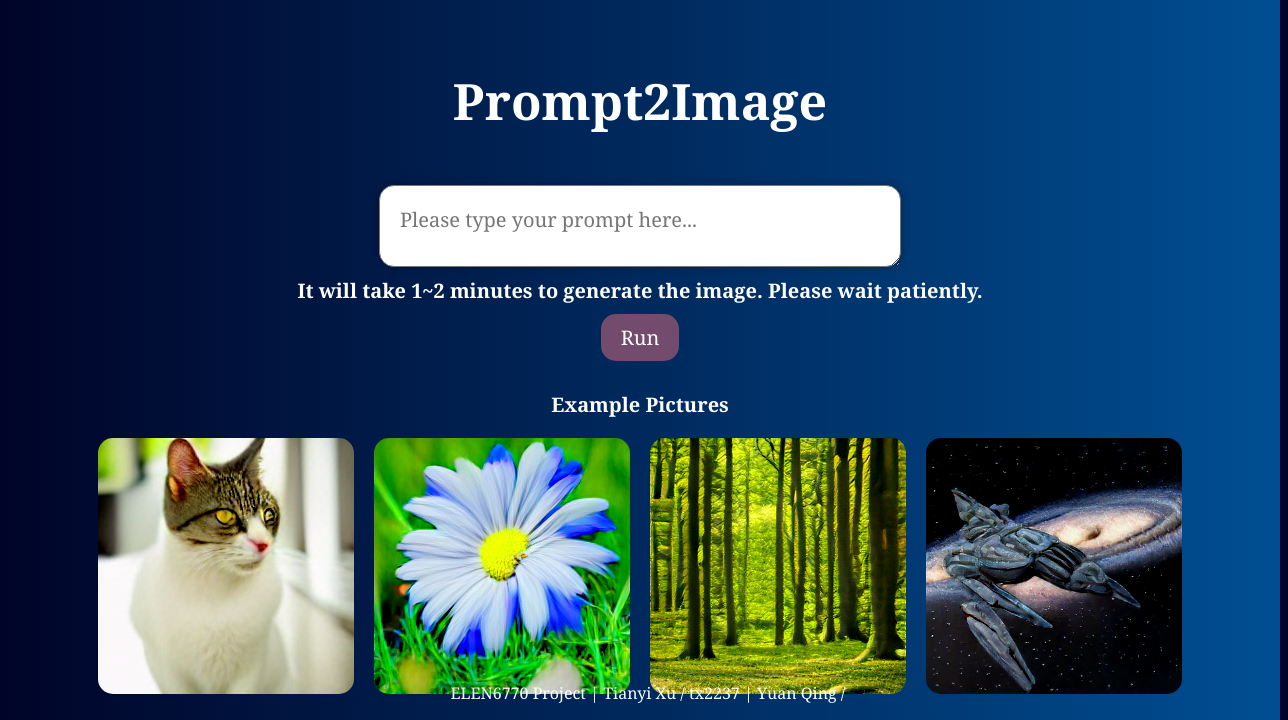
Repository: XTTTZ/Prompt2Image
Page: main4.html
These files come from the project's save history. The page is drawn as it stood at one moment and after the next save; the edit follows.
The browser window is 1280 px wide. The page is 1288 px wide, so the pictures cover 1288 px, including what lies to the right of the window. The pictures show the whole page.
The page's requests for data from a server got no answer.

Above is the page before, as saved 2023-12-01 02:22:53.

### main4.html
<!DOCTYPE html>
<html lang="en">

<head>
    <meta charset="UTF-8">
    <meta name="viewport" content="width=device-width, initial-scale=1.0">
    <title>Prompt2Image</title>
    <style>
        .center-label {
            text-align: center;
        }

        body {
            font-family: Georgia, serif;
            background: linear-gradient(to right, #000428, #004e92);
            /* 使图片覆盖整个背景 */
            color: #fff
        }

        header {
            background-color: rgba(0, 0, 0, 0);
            color: #fff;
            text-align: center;
            padding: 1em;
            font-family: Georgia, serif;
            font-size: 25px;
        }

        h1 {
            margin-bottom: 0.5em;
        }

        form {
            display: flex;
            /* 设置为Flex容器 */
            flex-direction: column;
            /* 子元素垂直堆叠 */
            align-items: center;
            /* 垂直居中 */
            justify-content: center;
            /* 水平居中，如果需要 */
            height: 100%;
            /* 根据需要设置高度 */
            font-size: 20px;
            gap: 0.5em;
        }

        label {
            font-weight: bold;
            text-align: center;
            font-size: 20px;
        }

        textarea {
            padding: 1em;
            width: 24em;
            height: 2em;
            text-align: left;
            vertical-align: top;
            font-size: 20px;
            border-radius: 15px;
            box-shadow: 0 0 10px rgba(0, 0, 0, 0.3);
            font-family: Georgia, serif;

        }

        button {
            padding: 0.5em 1em;
            background-color: #734b6d;
            color: #fff;
            border: none;
            cursor: pointer;
            border-radius: 15px;
            font-size: 20px;
            font-family: Georgia, serif;
        }

        button:hover {
            background-color: #555;
        }

        img {
            border-radius: 15px;
        }

        #generatedImages {
            border-radius: 15px;
            text-align: center;
            margin: 1em;
            padding: 1em;
            background-color: #ffffff00;
        }
    </style>
</head>

<body>
    <header>
        <h1>Prompt2Image</h1>
    </header>

    <form id="bodyForm">
        <textarea placeholder="Please type your prompt here..." type="text" id="searchInput"
            name="searchInput"></textarea>
        <label>
            It will take 1~2 minutes to generate the image. Please wait patiently.
        </label>
        <button type="button" onclick="performSearch()">Run</button>
        <label id="timeValue"></label>
        <!-- Display generated images -->
    </form>
    <label id="examplePic">
        <p>Example Pictures
        </p>
    </label>
    <form id="exampleForm" style="flex-direction:row;gap:20px">
        <img src="/static/cute cat.png" title="cute cat">
        <img src="/static/flower on grass.png" title="flower on grass">
        <img src="/static/forest.png" title="forest">
        <img src="/static/spaceship in galaxy.png" title="spaceship in galaxy">
    </form>
    <form id="displayform">
        <div style="display:none" id="generatedImages"></div>
        <button id="downloadButton" onclick="downloadImages()" style="display:none">Download Images</button>
    </form>
    <footer style="position:absolute; bottom:0; text-align: center;width:100%">
        <p>ELEN6770 Project | Tianyi Xu / tx2237 | Yuan Qing / </p>
    </footer>

    <script>
        var server_addr = '34.67.111.69';
        var ip_addr;
        var second = 0;
        var clock;
        fetch('http://' + server_addr + '/ip', {
            method: 'GET',
            headers: {
                'Content-Type': 'application/x-www-form-urlencoded',
            },
        })
            .then(response => { return response.json() })
            .then(data => {
                ip_addr = data.ip_addr;
                console.log('ip_addr');
            }
            );
        function startTimer() {
            clearInterval(clock);
            clock = setInterval(timer, 1000);
            second = 0;
            timeValue.style.display = 'block';
            document.getElementById('timeValue').innerText = 'Run Time: ' + second + 's';
        }

        function timer() {
            second++;
            document.getElementById('timeValue').innerText = 'Run Time: ' + second + 's';
        }

        function stopTimer() {
            clearInterval(clock);
            clock = null;
            console.log('timerstop');
            document.getElementById('timeValue').innerText = 'Run Time: ' + second + 's';
        }

        function performSearch() {
            var searchInput = document.getElementById('searchInput').value;
            if (searchInput == '') {
                document.getElementById('timeValue').innerText = 'Please type your prompt!';
            }
            else {

                document.getElementById('exampleForm').style.display = 'none';
                document.getElementById('examplePic').style.display = 'none';
                document.getElementById('generatedImages').style.display = 'none';
                document.getElementById('downloadButton').style.display = 'none';
                fetch('http://' + server_addr + ':5000/search', {
                    method: 'POST',
                    headers: {
                        'Content-Type': 'application/x-www-form-urlencoded',
                    },
                    body: 'text=' + encodeURIComponent(searchInput)
                })
                    .then(response => {
                        return response.json();
                    })
                    .then(data => { checkStatusPic() });
                startTimer();
            }
        }

        function checkStatusPic() {
            stopTimer();
            var generatedImagesContainer = document.getElementById('generatedImages');
            var downloadButton = document.getElementById('downloadButton');

            // Clear previous content
            generatedImagesContainer.innerHTML = '';

            // Append image elements dynamically
            var img = document.createElement('img');
            img.src = 'http://' + server_addr + '/image/' + ip_addr + '/0?time=' + new Date().getTime();
            generatedImagesContainer.appendChild(img);
            // Display the container and download button
            generatedImagesContainer.style.display = 'block';
            downloadButton.style.display = 'block';
        }

        function downloadImages() {
            // Create a link element for each image and trigger download
            var url = 'http://' + server_addr + '/image/' + ip_addr + '/0?time=' + new Date().getTime();
            var downloadLink = document.createElement('a');
            downloadLink.href = url;
            // 指定下载的文件名，您可以根据需要更改它
            downloadLink.download = 'image.png';
            // 将 <a> 元素添加到文档中并点击它
            document.body.appendChild(downloadLink);
            downloadLink.click();
            // 清理并移除 <a> 元素
            document.body.removeChild(downloadLink);
        }
    </script>
</body>

</html>

After the next save:
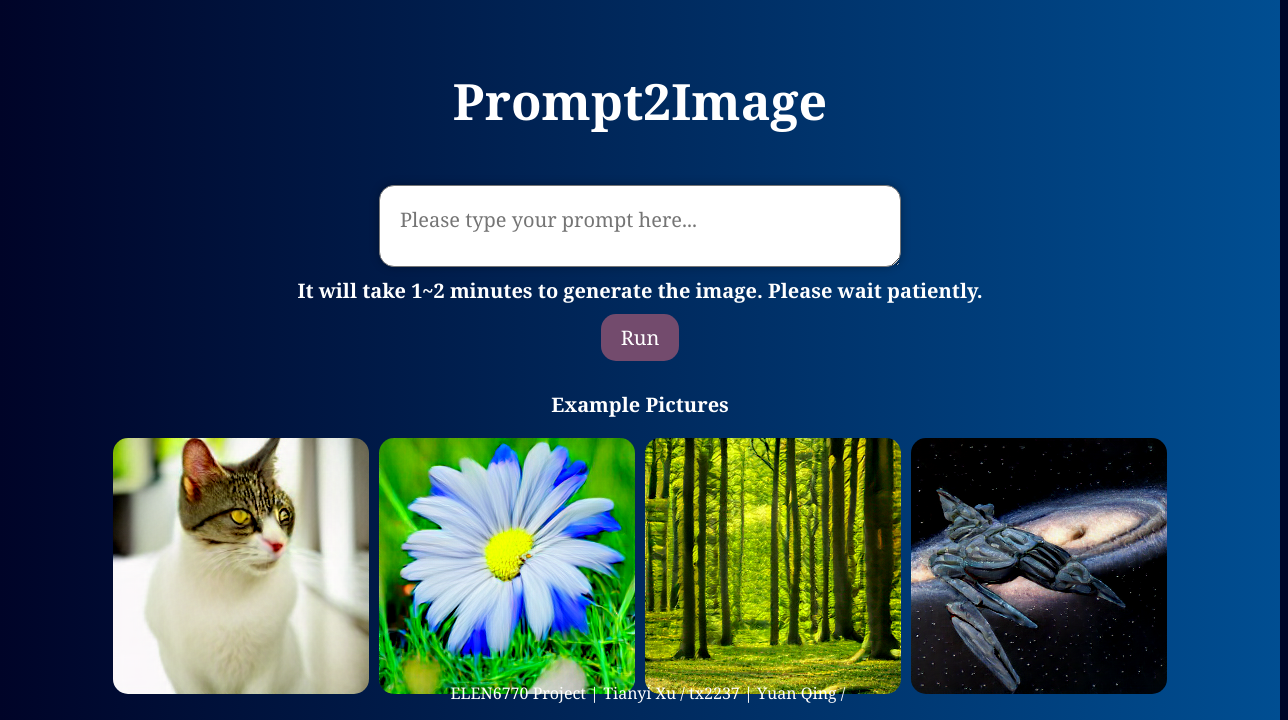
Saved 2 min 15 s later.
--- a/main4.html
+++ b/main4.html
@@ -112,7 +112,7 @@
         <p>Example Pictures
         </p>
     </label>
-    <form id="exampleForm" style="flex-direction:row;gap:20px">
+    <form id="exampleForm" style="flex-direction:row;gap:10px">
         <img src="/static/cute cat.png" title="cute cat">
         <img src="/static/flower on grass.png" title="flower on grass">
         <img src="/static/forest.png" title="forest">
